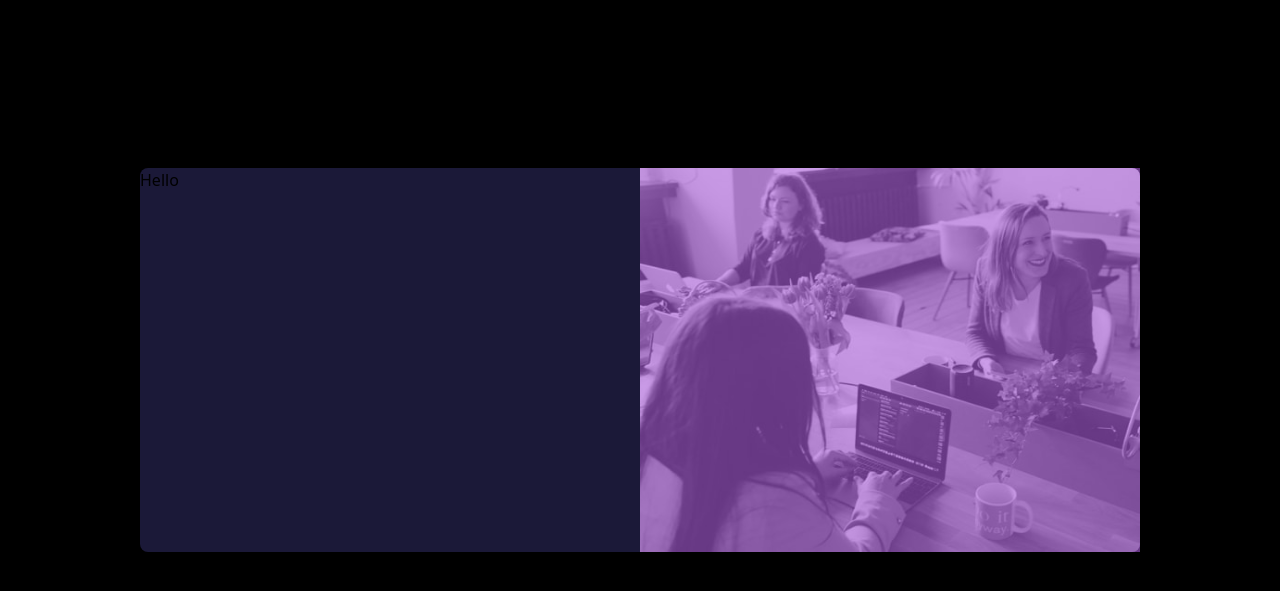
Repository: BerlinWebDev/FrontendMaster_PreviewMentor
Page: /
These files come from the project's save history. The page is drawn as it stood at one moment and after a run of saves; the edit follows.
The browser window is 1280 px wide. The pictures show the whole page.
The project was rebuilt for these pictures with package versions that can differ from the ones it lists, and the page was loaded fresh each time.

Above is the page before, as saved 2023-11-11 18:48:12.

### src/App.js
import Image from "./assets/image-header-desktop.jpg";

function App() {
  return (
    <>
      <header>
        <title>Challenge</title>
        <meta name="description" content="Challenge" />
        <link rel="icon" href="/favicon.ico" />
      </header>
      <main className="flex min-h-screen flex-col items-center justify-center bg-black">
        <div className="flex h-96 w-[1000px] rounded-lg bg-[#1b1938]">
          <aside className="w-1/2  rounded-l-lg">Hello</aside>
          <aside className="w-1/2  rounded-lg relative">
            <div className="absolute inset-0 bg-[#aa5cdb] opacity-60"></div>
            <img
              className=" h-full w-full rounded-r-lg"
              src={Image}
              alt="Header-Desktop"
            />
          </aside>
        </div>
      </main>
    </>
  );
}

export default App;

Loaded but not shown: public/index.html (common file); src/index.js (common file); src/index.css (common file); tailwind.config.js (common file)

After the next 3 saves:
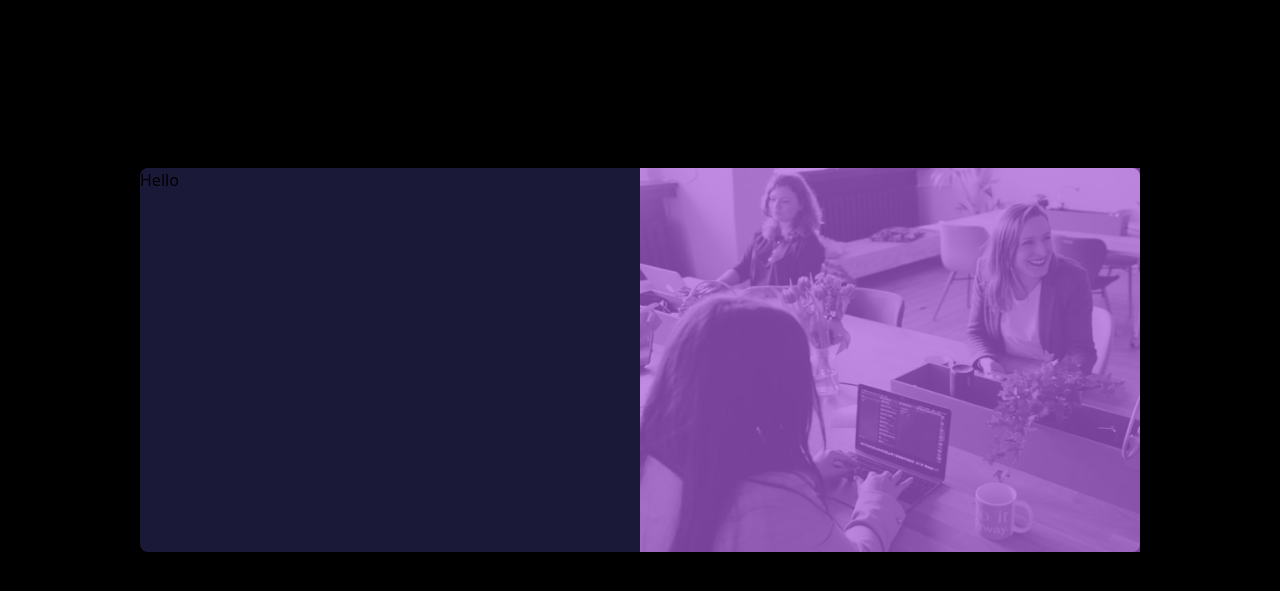
The 3 saves are shown as one change because they came seconds apart.
The last was saved 8 s later.
--- a/src/App.js
+++ b/src/App.js
@@ -12,7 +12,7 @@
         <div className="flex h-96 w-[1000px] rounded-lg bg-[#1b1938]">
           <aside className="w-1/2  rounded-l-lg">Hello</aside>
           <aside className="w-1/2  rounded-lg relative">
-            <div className="absolute inset-0 bg-[#aa5cdb] opacity-60"></div>
+            <div className="absolute inset-0 bg-[#aa5cdb] opacity-70"></div>
             <img
               className=" h-full w-full rounded-r-lg"
               src={Image}

After the 3 saves that followed:
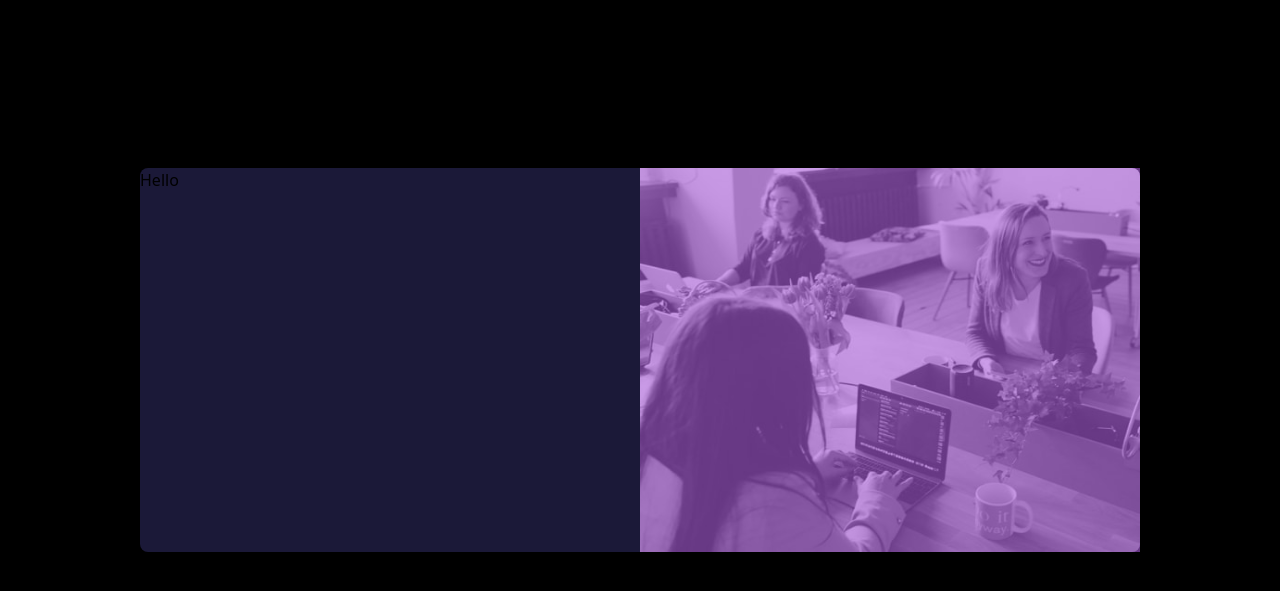
The 3 saves are shown as one change because they came seconds apart.
The last was saved 8 s later.
--- a/src/App.js
+++ b/src/App.js
@@ -12,7 +12,7 @@
         <div className="flex h-96 w-[1000px] rounded-lg bg-[#1b1938]">
           <aside className="w-1/2  rounded-l-lg">Hello</aside>
           <aside className="w-1/2  rounded-lg relative">
-            <div className="absolute inset-0 bg-[#aa5cdb] opacity-70"></div>
+            <div className="absolute inset-0 bg-[#aa5cdb] opacity-60"></div>
             <img
               className=" h-full w-full rounded-r-lg"
               src={Image}
